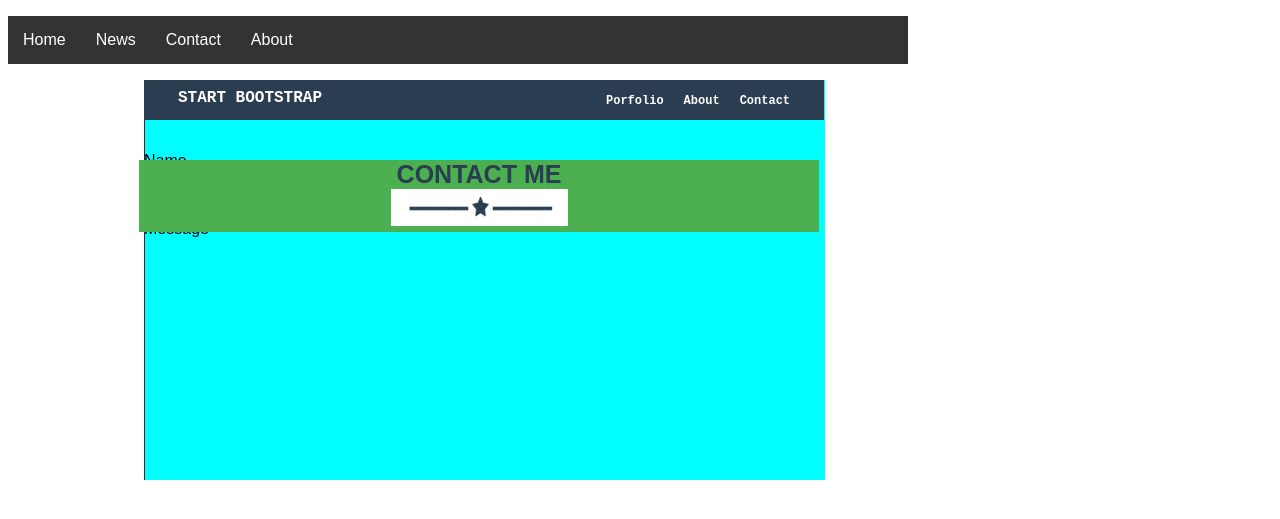
Repository: LongNguyen2504/T3H-FrondEnd
Page: Lesson3_CSS_HomeWork3.html
An editor plug-in stored every save of this project. The page is shown before and after the next save, followed by the edit.
The browser window is 1280 px wide. The pictures show the whole page.

Above is the page before, as saved 2021-12-01 23:24:32.

After the next save:
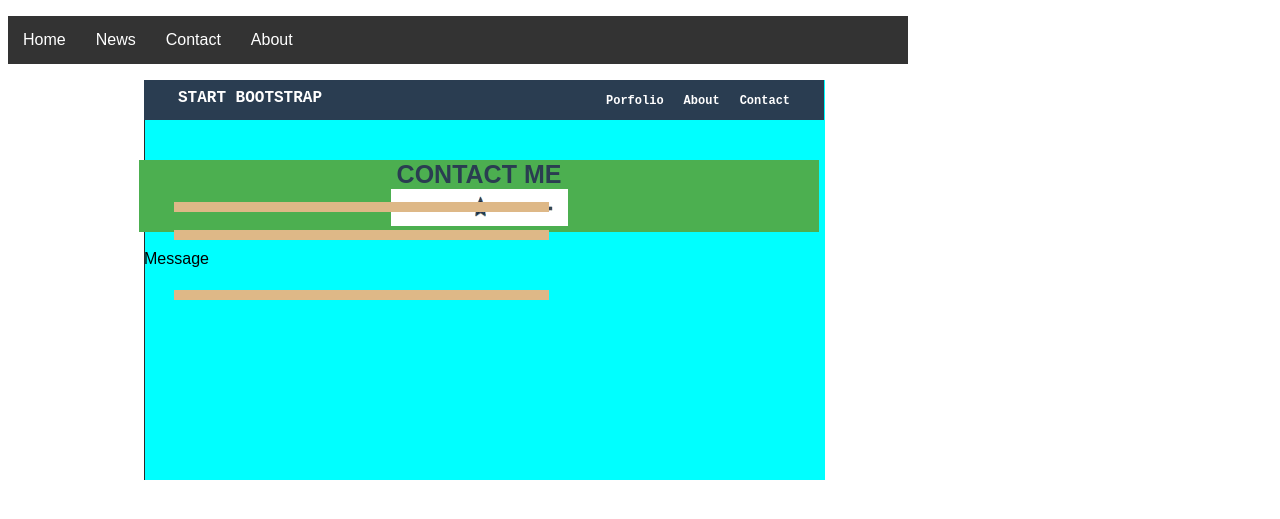
Saved 1 s later.
--- a/Lesson3_CSS_HomeWork3.html
+++ b/Lesson3_CSS_HomeWork3.html
@@ -36,12 +36,15 @@
                     CONTACT ME <br>
                     <img src="Lesson3_CSS_HomeWork3_img.GIF" alt="star-dash" style="width: 177px;height:37px ;">
                 </div>
+                <div class="dash"></div>
                 <div class="Name">
                     Name
                 </div>
+                <div class="dash"></div>
                 <div class="Email">
                     Email Adress
                 </div>
+                <div class="dash"></div>
                 <div class="Message">
                     Message
                 </div>

After the save that followed:
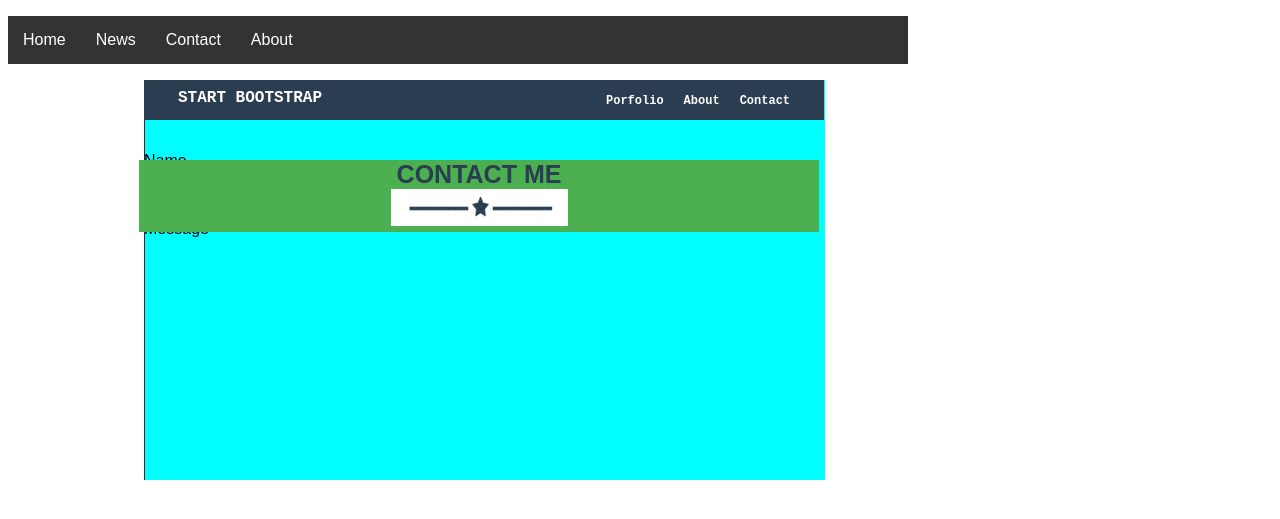
Saved 2 min 51 s later.
--- a/Lesson3_CSS_HomeWork3.css
+++ b/Lesson3_CSS_HomeWork3.css
@@ -61,13 +61,16 @@ div.contact-me-div{
     font-weight: bold;
     color: #2a3d51;
 }
-div.dash{
+div.dash1,dash2,dash3{
     width: 375px;
     height: 10px;
     position: inherit;
-    top: 50px;
     left: 30px;
     background-color: burlywood;
+}
+div.dash1{
+    position: relative;
+    top: 50px;
 }
 /* div.Name{
     width: 375px;
